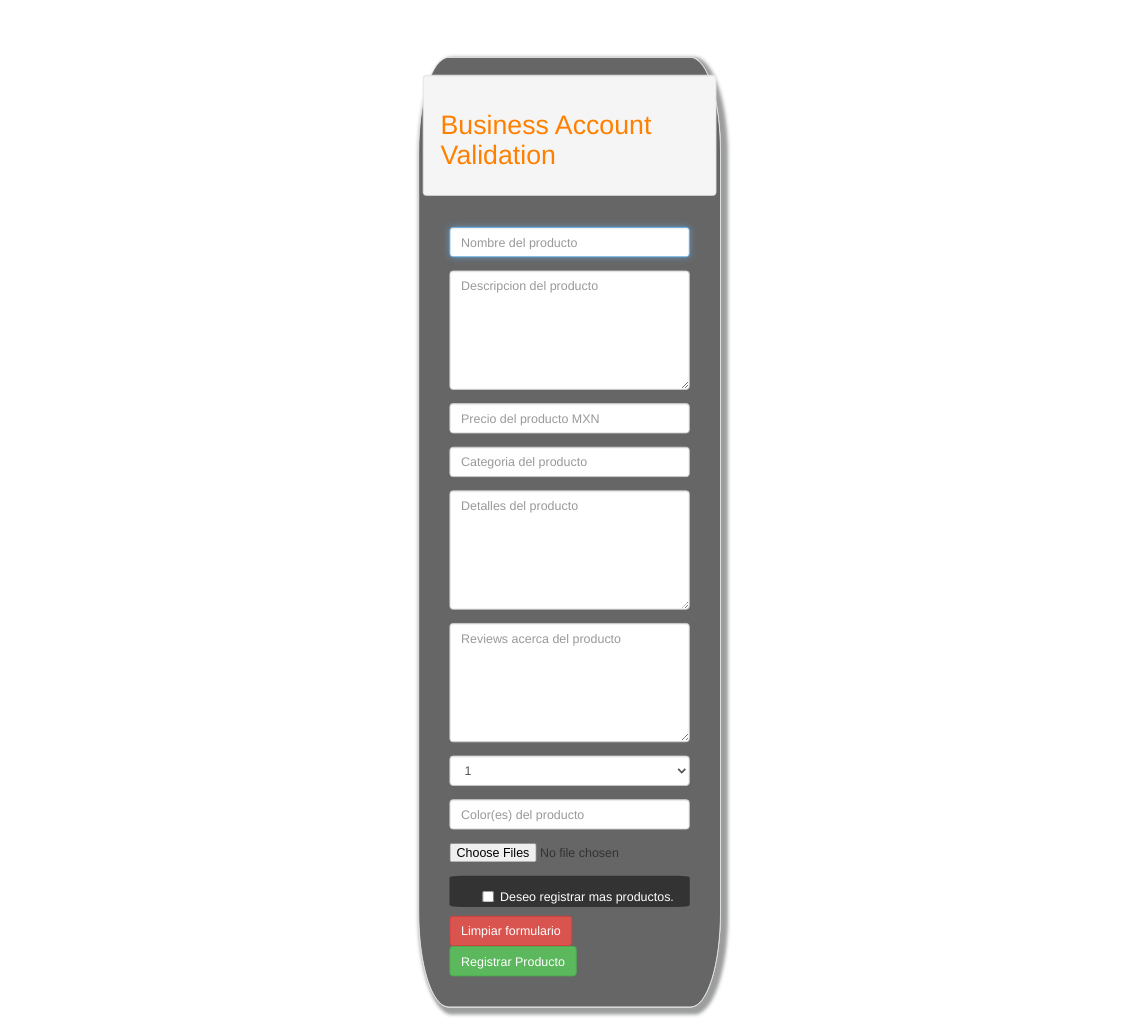
Repository: diamesa/sdi.esb.toolbox
Page: http://localhost/WebAnalizer/BAValidation.jsp
The author's editor kept a copy of each file at every save. The page is drawn from the files as they stood at one save, then again after the next save.
The browser window is 1280 px wide. The pictures show the whole page, at 89% of full size.
The page is served by Tomcat 9. Other server files are loaded and not shown.

Above is the page before, as saved 2016-06-06 17:08:12.
Console error: TypeError: Cannot read properties of null (reading 'addEventListener')

### WebAnalizer/WebContent/BAValidation.jsp
<%@ page language="java" contentType="text/html; charset=ISO-8859-1"
    pageEncoding="ISO-8859-1"%>
<!DOCTYPE html PUBLIC "-//W3C//DTD HTML 4.01 Transitional//EN" "http://www.w3.org/TR/html4/loose.dtd">
<html>
<head>
	<meta http-equiv="Content-Type" content="text/html; charset=ISO-8859-1">
	<meta name="viewport" content="width=device-width, user-scalable=no, initial-scale=1.0, maximum-scale=1.0, minimum-scale=1.0">
	<title>Education Solution Builder SDI Tool box</title>

	<link rel="stylesheet" type="text/css" href="css/bootstrap.min.css">
	<link rel="stylesheet" type="text/css" href="css/sdi_toolbox.css">

</head>
<body>
<div class="container well crud-pannel" id="crearProducto">
						<div class="row">
							<div class="col-xs-12 well" id="form-title">
								<h2 class="myfcc-jumbo-h2">Business Account Validation</h2>
							</div>
						</div>
						<form id="create-product-form" name="create-product-form" action="crearproducto" class="fcc-form" method="post" enctype="multipart/form-data">
								<div class="form-group">
									<input id="_nombre" type="text" class="form-control" placeholder="Nombre del producto" name="_nombre" required autofocus>
								</div>
								<div class="form-group">
									<textarea cols="30" rows="6" id="_descripcion"  class="form-control" placeholder="Descripcion del producto" name="_descripcion" form="create-product-form" required="true"></textarea>
								</div>
								<div  class="form-group">
									<input id="_precio" type="text" class="form-control" placeholder="Precio del producto MXN" name="_precio" required="true">
								</div>
								<div class="form-group">
									<input id="_categoria"  type="text" class="form-control" placeholder="Categoria del producto" name="_categoria" required="true">
								</div>
								<div  class="form-group">
									<textarea cols="30" rows="6" id="_detalles"  class="form-control" placeholder="Detalles del producto" name="_detalles" form="create-product-form" required="true"></textarea>
								</div>
								<div  class="form-group">
									<textarea cols="30" rows="6" id="_reviews"  class="form-control" placeholder="Reviews acerca del producto" name="_reviews" form="create-product-form" required="true"></textarea>
								</div>
								<div  class="form-group">
									<select id="_size" class="form-control" name="_size" required="true">
										<%for(int i=1; i<20; i++){%>
											<option value="<%= i%>"><%= i%></option>
										<%}%>
									</select>
								</div>
								<div  class="form-group">
									<input id="_color" type="text" class="form-control" placeholder="Color(es) del producto" name="_color" required="true">
								</div>
								<div  class="form-group">
									<input type="file" name="product_photos[]" id="product_photos[]" multiple >
								</div>
								<div class="form-group checkbox fcc-pane-sm" id="continue-registration">
									<label for="_continue-registration" class="checkbox">
										<input id="_continue-registration" type="checkbox" value="1" name="_continue-registration" required="false">Deseo registrar mas productos.</input>
									</label>
								</div><button id="_clear-form" class="btn btn-danger btn-large" type="reset" value="Limpiar formulario" text="Limpiar formulario">Limpiar formulario</button>
								<button id="_register-product" class="btn btn-success btn-large" type="submit"value="Registrar Producto">Registrar Producto</button>
						</form>
					</div>
				<script src="js/jquery-1.11.3.js"></script>
				<script src="js/bootstrap.min.js"></script>
				<script src="js/validate/dist/jquery.validate.min.js"></script>
				<script src="js/validate/dist/additional-methods.min.js"></script>
				<script src="js/myfcc-js.js"></script>

</body>
</html>

### WebAnalizer/WebContent/css/sdi_toolbox.css
body{padding-top: 5%;
/* 	 background-image: url(img/polygon-colors-05.jpg); */
	 background-size:inherit;}

	.myfcc-jumbo-h1{color: rgba(255,255,0,1.0);}
	.myfcc-jumbo-h2{color: rgba(255,128,0,1.0);}
	.myfcc-jumbo-p{color: rgba(255,255,255,1.0);}
	.fcc-form{max-width: 330px;
		   	  padding: 15px;
		   	  margin: 0 auto;}

	.crud-pannel{max-width: 340px;
		 		/*background-image: url(img/polygon-colors.jpg);
		   		background-size: contain;*/
		   		background-color: rgba(000,000,000,0.60);
				 -webkit-box-shadow: 4px 4px 4px 4px rgba(48, 50, 50, 0.48);
				 -moz-box-shadow:    4px 4px 4px 4px rgba(48, 50, 50, 0.48);
			 	box-shadow:    4px 4px 4px 4px rgba(48, 50, 50, 0.48);
				border-radius: 10%;
				}

	.brand-logo{width: 136px; height: 136px;
			margin: 0px auto 10px;
			display: block;
			border-radius: 2%;}

	.fcc-pane-sm{background-color: rgba(0,0,0,0.5);
				 color: rgba(255,255,255,1.0);
				 vertical-align: middle; text-align: center;
				 padding: 1%; padding-left: 8%;
				 border-radius: 5%;}

			     /*#brand{background-color: rgba(255,255,255,1.0);}*/

	#fcc-jumbo-panne{background-color: rgba(000,000,000,0.80);
				 	  -webkit-box-shadow: 4px 4px 4px 4px rgba(48, 50, 50, 0.48);
				 	  -moz-box-shadow:    4px 4px 4px 4px rgba(48, 50, 50, 0.48);
			 		  box-shadow:    4px 4px 4px 4px rgba(48, 50, 50, 0.48);
			 		  text-align: justify;}

	#activate-h1{color: rgba(255,255,0,1.0);}
	#log-in-pane{padding-top: 10%;}

### WebAnalizer/WebContent/js/myfcc-js.js
window.addEventListener('load', function()
										{
											document.getElementById('send').addEventListener('click', function()
																										{var  nombre = document.getElementById('txt-user').value;
																										 var password= document.getElementById('txt-pass').value;

																										 var bandera= false;

																										 if(nombre.length > 0 && password.length > 0){bandera = true}

																										 if(bandera){document.getElementById('log-in-form').submit()}
																										 else{ alert('There is some informatioln missing,\n please check and try again');}
																										});
										});

Loaded but not shown: WebAnalizer/WebContent/css/bootstrap.min.css (library); WebAnalizer/WebContent/js/jquery-1.11.3.js (library); WebAnalizer/WebContent/js/bootstrap.min.js (library); WebAnalizer/WebContent/js/validate/dist/jquery.validate.min.js (library); WebAnalizer/WebContent/js/validate/dist/additional-methods.min.js (library)

After the next save:
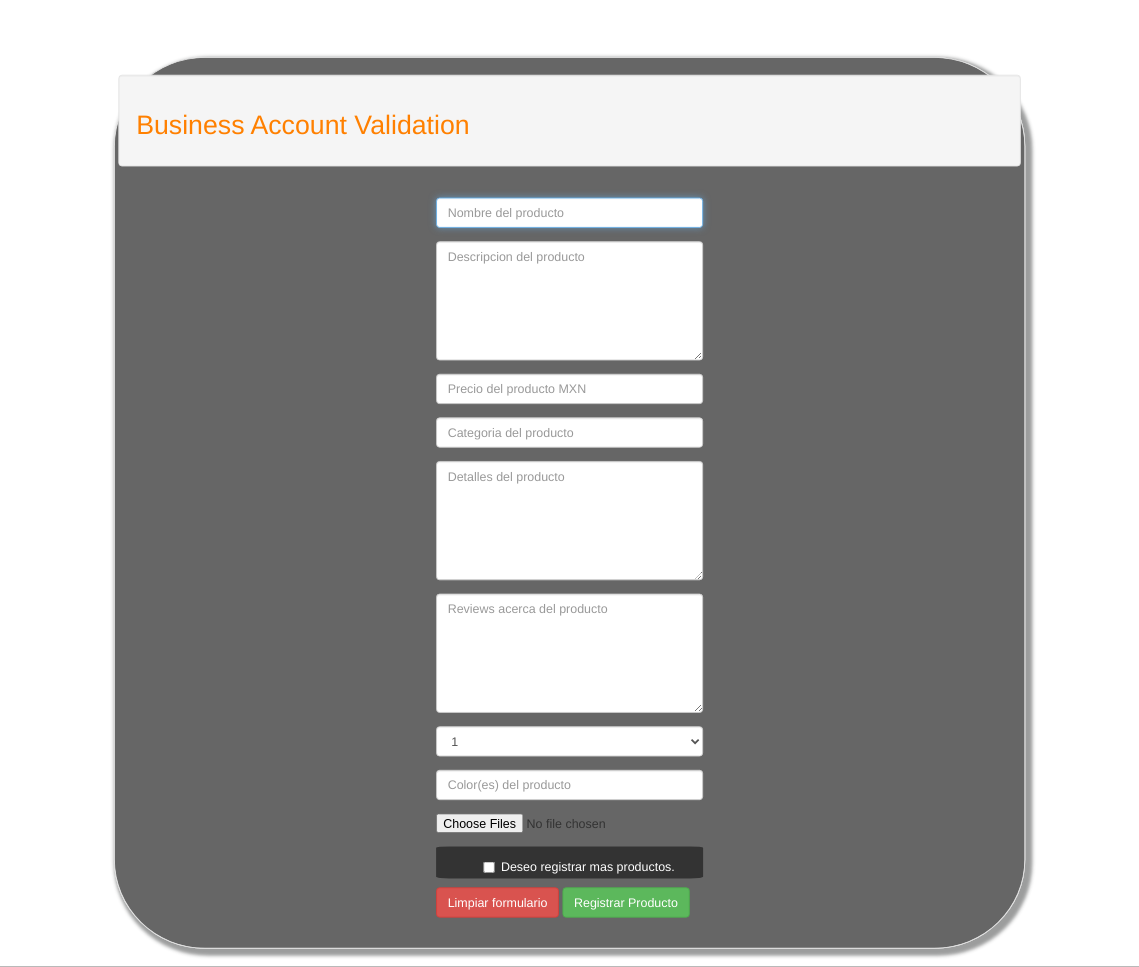
Saved 39 s later.
--- a/WebAnalizer/WebContent/css/sdi_toolbox.css
+++ b/WebAnalizer/WebContent/css/sdi_toolbox.css
@@ -4,12 +4,12 @@ body{padding-top: 5%;
 
 	.myfcc-jumbo-h1{color: rgba(255,255,0,1.0);}
 	.myfcc-jumbo-h2{color: rgba(255,128,0,1.0);}
-	.myfcc-jumbo-p{color: rgba(255,255,255,1.0);}
+	.myfcc-jumbo-p {color: rgba(255,255,255,1.0);}
 	.fcc-form{max-width: 330px;
 		   	  padding: 15px;
 		   	  margin: 0 auto;}
 
-	.crud-pannel{max-width: 340px;
+	.crud-pannel{max-width: 80%;
 		 		/*background-image: url(img/polygon-colors.jpg);
 		   		background-size: contain;*/
 		   		background-color: rgba(000,000,000,0.60);
